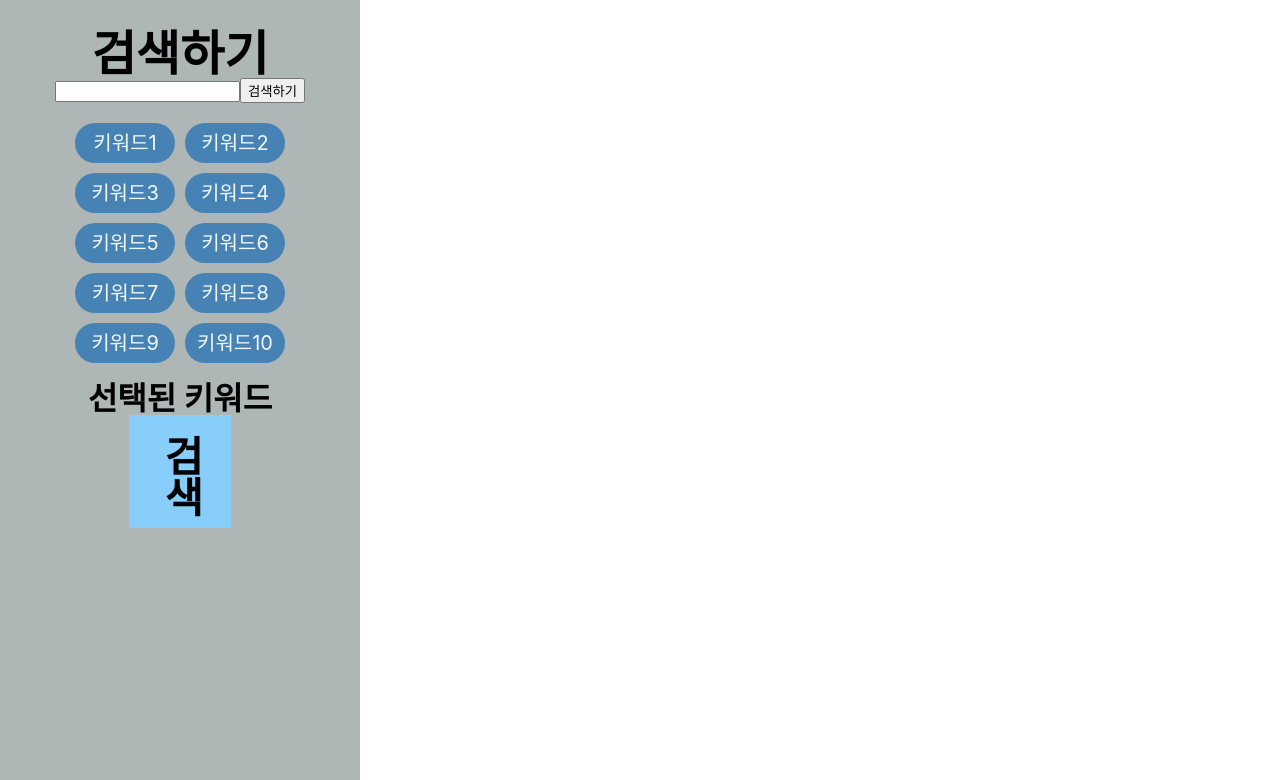
Repository: sunoo-lee/Star-Explore
Page: /
The author's editor kept a copy of each file at every save. The page is drawn from the files as they stood at one save, then again after the next save.
The browser window is 1280 px wide. The pictures show the whole page.
The project was rebuilt for these pictures with package versions that can differ from the ones it lists, and the page was loaded fresh each time.

Above is the page before, as saved 2022-10-14 04:44:39.

### src/index.js
import React from "react";
import ReactDOM from "react-dom/client";
import "./reset.css";
import "./Style.css";
import App from "./components/App";
// import reportWebVitals from "./reportWebVitals";

const root = ReactDOM.createRoot(document.getElementById("root"));
root.render(
  <React.StrictMode>
    <App />
  </React.StrictMode>
);

// reportWebVitals();

### src/Style.css
html,
body,
#root {
  height: 100%;
}

body {
  margin: 0;
  font-family: -apple-system, BlinkMacSystemFont, "Segoe UI", "Roboto", "Oxygen",
    "Ubuntu", "Cantarell", "Fira Sans", "Droid Sans", "Helvetica Neue",
    sans-serif;
  -webkit-font-smoothing: antialiased;
  -moz-osx-font-smoothing: grayscale;
}

.container {
  height: 100%;
}

.nav {
  padding: 30px;
  background-color: rgb(174, 182, 182);
  width: 300px;
  display: flex;
  flex-direction: column;
  align-items: center;
  height: 100%;
}
.nav h1 {
  font-size: 3rem;
  font-weight: 700;
}
.keyword {
  padding: 20px;
}
.keyword ul {
  display: grid;
  grid-template-columns: 100px 100px;
  gap: 10px;
}
.keyword ul li {
  cursor: pointer;
}
.keyword ul li span {
  display: inline-block;
  font-size: 20px;
  width: 100px;
  height: 40px;
  line-height: 40px;
  text-align: center;
  background-color: lightskyblue;
  border-radius: 25px;
}

.keyword ul li .off {
  background-color: steelblue;
  color: aliceblue;
}
h2 {
  font-size: 2rem;
  font-weight: 700;
}
.selected span {
  display: inline-block;
  font-size: 1.2rem;
  margin: 10px;
}
.nav .nav_toggle {
  font-size: 2.6rem;
  font-weight: 700;
  writing-mode: vertical-lr;
  background-color: lightskyblue;
  /* width: 100px; */
  padding: 20px 30px 10px;
}

### src/components/App.js
import AppRouter from "./Router";

function App() {
  return (
    <>
      <AppRouter />
    </>
  );
}

export default App;

### src/components/Router.js
import { HashRouter as Router, Route, Routes } from "react-router-dom";
import Home from "../routes/Home";

const AppRouter = () => {
  return (
    <Router>
      <Routes>
        <Route exact path="/" element={<Home />} />
      </Routes>
    </Router>
  );
};

export default AppRouter;

### src/routes/Home.js
import React, { useState } from "react";

const Home = () => {
  const [select, setSelect] = useState([]);
  const onClick = (event) => {
    const keyword_btn = event.target;
    keyword_btn.className === "off"
      ? (keyword_btn.className = "on")
      : (keyword_btn.className = "off");

    const selected = event.target.innerText;
    if (keyword_btn.className === "on") {
      setSelect([...select, selected]);
    } else if (keyword_btn.className === "off") {
      setSelect(select.filter((key) => key !== selected));
    }
  };
  return (
    <div className="container">
      <div className="nav">
        <h1>검색하기</h1>
        <form>
          <input type="text" />
          <button>검색하기</button>
        </form>
        <div className="keyword">
          <ul>
            <li>
              <span className="off" onClick={onClick}>
                키워드1
              </span>
            </li>
            <li>
              <span className="off" onClick={onClick}>
                키워드2
              </span>
            </li>
            <li>
              <span className="off" onClick={onClick}>
                키워드3
              </span>
            </li>
            <li>
              <span className="off" onClick={onClick}>
                키워드4
              </span>
            </li>
            <li>
              <span className="off" onClick={onClick}>
                키워드5
              </span>
            </li>
            <li>
              <span className="off" onClick={onClick}>
                키워드6
              </span>
            </li>
            <li>
              <span className="off" onClick={onClick}>
                키워드7
              </span>
            </li>
            <li>
              <span className="off" onClick={onClick}>
                키워드8
              </span>
            </li>
            <li>
              <span className="off" onClick={onClick}>
                키워드9
              </span>
            </li>
            <li>
              <span className="off" onClick={onClick}>
                키워드10
              </span>
            </li>
          </ul>
        </div>
        <h2>선택된 키워드</h2>
        <div className="selected">
          {select.map((key, index) => (
            <span key={index}>{key}</span>
          ))}
        </div>
        <div className="nav_toggle">검색</div>
      </div>
    </div>
  );
};

export default Home;

Loaded but not shown: public/index.html (common file); src/reset.css (common file)

After the next save:
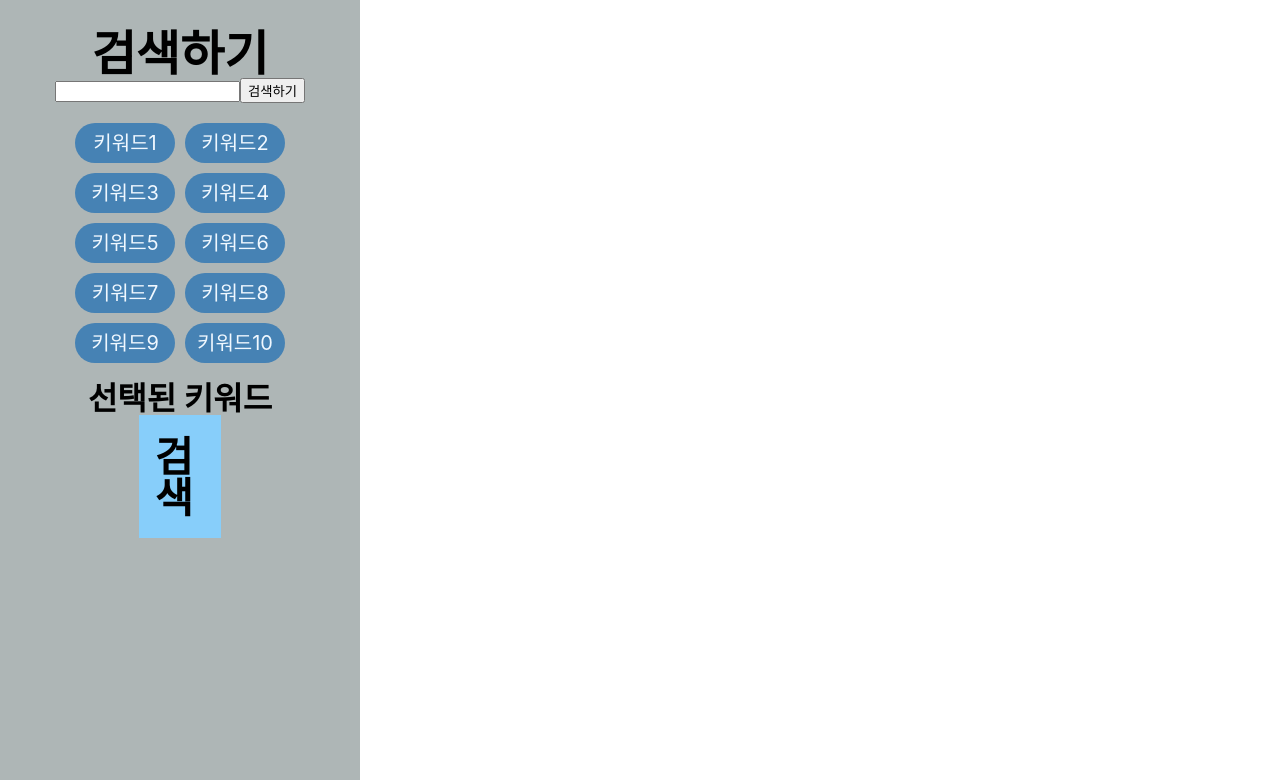
Saved 20 s later.
--- a/src/Style.css
+++ b/src/Style.css
@@ -71,5 +71,5 @@ h2 {
   writing-mode: vertical-lr;
   background-color: lightskyblue;
   /* width: 100px; */
-  padding: 20px 30px 10px;
+  padding: 20px 30px 20px 10px;
 }
